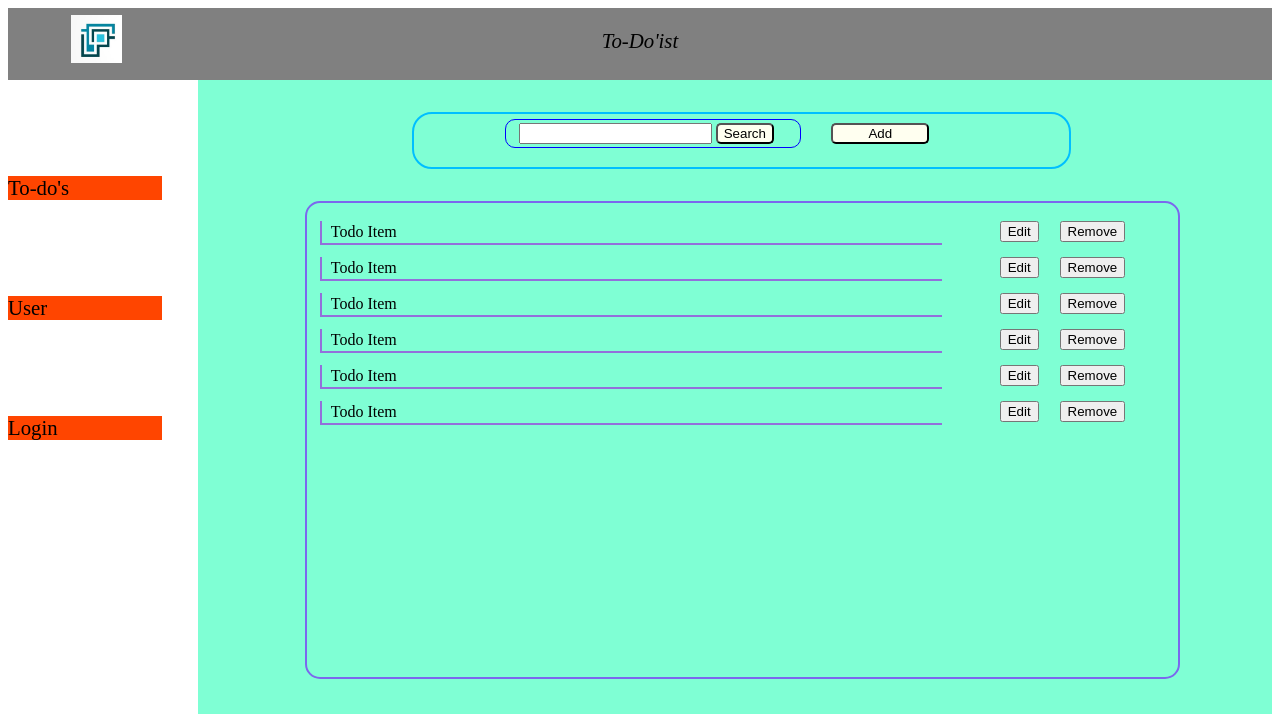
Repository: tavisca-pkadam/Todo-Website
Page: home.html
The author's editor kept a copy of each file at every save. The page is drawn from the files as they stood at one save, then again after the next save.
The browser window is 1280 px wide. The pictures show the whole page.

Above is the page before, as saved 2019-08-20 08:45:43.

### home.html
<!DOCTYPE html>
<html>
  <head>
    <meta charset="utf-8" />
    <meta http-equiv="X-UA-Compatible" content="IE=edge" />
    <title>Page Title</title>
    <meta name="viewport" content="width=device-width, initial-scale=1" />
    <link rel="stylesheet" type="text/css" media="screen" href="main.css" />

    <link rel="import" href="components/header.html" />

    <!-- <script src='main.js'></script> -->
  </head>
  <body>
    <div id="head" class="header">
      <img id="company_logo" src="src/logo.jpg" width="5%" />
      <p id="todo_header"><i>To-Do'ist</i></p>
    </div>


    <div id="side_nav">
      <div id="side_todo"  class="side_btn">
        To-do's
      </div>
      <div id="side_user" class="side_btn">
        User
      </div>
      <div id="side_login" class="side_btn">
        Login
      </div>
    </div>
    <div id="todo_content">
        <div id="todo_content_head">
            <div id="todo_content_search">
                <input type="text" style="padding-right:10px">
                <button class="search_button">Search</button>
            </div>
            <button id="todo_content_add" class="search_button">Add</button>
        </div>
        <div id="todo_list">
            <div class="todo_item">
                <div class="todo_detail">
                        Todo Item
                </div>
                <button class="todo_edit_btn">Edit</button>
                <button>Remove</button>
            </div>
            <div class="todo_item">
                <div class="todo_detail">
                        Todo Item
                </div>
                <button class="todo_edit_btn">Edit</button>
                <button>Remove</button>
            </div>
            <div class="todo_item">
                <div class="todo_detail">
                        Todo Item
                </div>
                <button class="todo_edit_btn">Edit</button>
                <button>Remove</button>
            </div>
            <div class="todo_item">
                <div class="todo_detail">
                        Todo Item
                </div>
                <button class="todo_edit_btn">Edit</button>
                <button>Remove</button>
            </div>
            <div class="todo_item">
                <div class="todo_detail">
                        Todo Item
                </div>
                <button class="todo_edit_btn">Edit</button>
                <button>Remove</button>
            </div>
            <div class="todo_item">
                <div class="todo_detail">
                        Todo Item
                </div>
                <button class="todo_edit_btn">Edit</button>
                <button>Remove</button>
            </div>
        </div>
    </div>
  </body>
</html>

### main.css
.header {
    background-color:gray;
    position: relative;
    width: 100%;
    height: 10vh;
}

#company_logo {
    position: absolute;
    left: 5%;
    width: 4%;
    margin-top: 1vh;
}

#todo_header {
    font-size: 1.3em;
    font-style: oblique;
    font-stretch: expanded;
    position: absolute;
    width: 100%;
    text-align: center;
    /* right: 45%; */
}

#side_nav {
    position: fixed;
    width: 15%;
    /* background-color: cornflowerblue; */
    height: 88vh;
}

.side_btn {
    left:
    text-align: center;
    width: 80%;
    position: relative;
    background-color: orangered;
    margin-top: 50%;
    font-size: 1.3rem
}


#todo_content {
    position: relative;
    left: 15%;
    width:85%;
    background-color: aquamarine;
    height: 88vh;
}

#todo_content_head {
    border: 1px;
    position: relative;
    /* background-color: deepskyblue; */
    padding: 5px;
    width: 60%;
    height: 6vh;
    border-radius: 20px;
    left: 20%;
    top: 5%;

    border-width: 2px;
    border-style: solid;
    border-color: deepskyblue;
}

.search_button{
    text-align: center;
    background-color: ivory;
    border-radius: 5px;
}

#todo_content_search{
    position: absolute;
    /* background-color: darksalmon; */
    padding: 0.5%;
    margin-left:4%;
    padding-left: 2%;
    padding-right: 4%;
    left: 5vw;
    border-radius: 10px;
    border-width: 1px;
    border-style: solid;
    border-color: blue;

}
#todo_content_add {
    position: absolute;
    background-color: ivory;
    left: 30vw;
    /* top: 10px; */
    width: 15%;
    margin: 4px;
    margin-left: 5%;
}


#todo_list {
    /* background-color: mediumslateblue; */
    position: relative;
    width: 80%;
    left: 10%;
    top: 10%;
    height: 65vh;
    border-radius: 15px;
    padding:3px;
    padding-left: 8px;


    border-width: 2px;
    border-style: solid;
    border-color: mediumslateblue;
}

.todo_item{
    margin:5px;
    margin-top: 15px;
}

.todo_edit_btn{
    margin-left: 80%;
    margin-right: 2%;
}

.todo_detail{
    width: 70%;

    position: absolute;
    padding: 2px;
    padding-left: 1%;

    border-bottom: 6px solid;
    border-left: 6px solid;
    border-width: 2px;
    border-color: mediumpurple;
    }

After the next save:
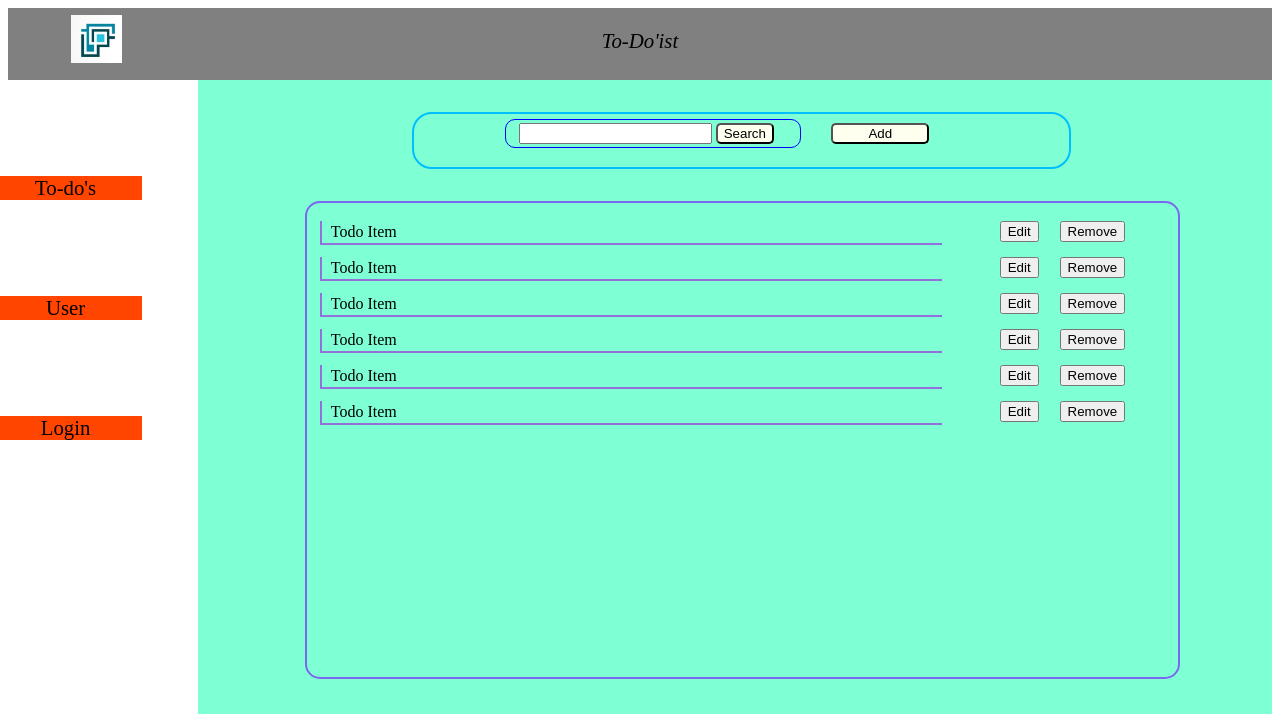
Saved 17 s later.
--- a/main.css
+++ b/main.css
@@ -30,7 +30,7 @@
 }
 
 .side_btn {
-    left:
+    left:-10%;
     text-align: center;
     width: 80%;
     position: relative;
